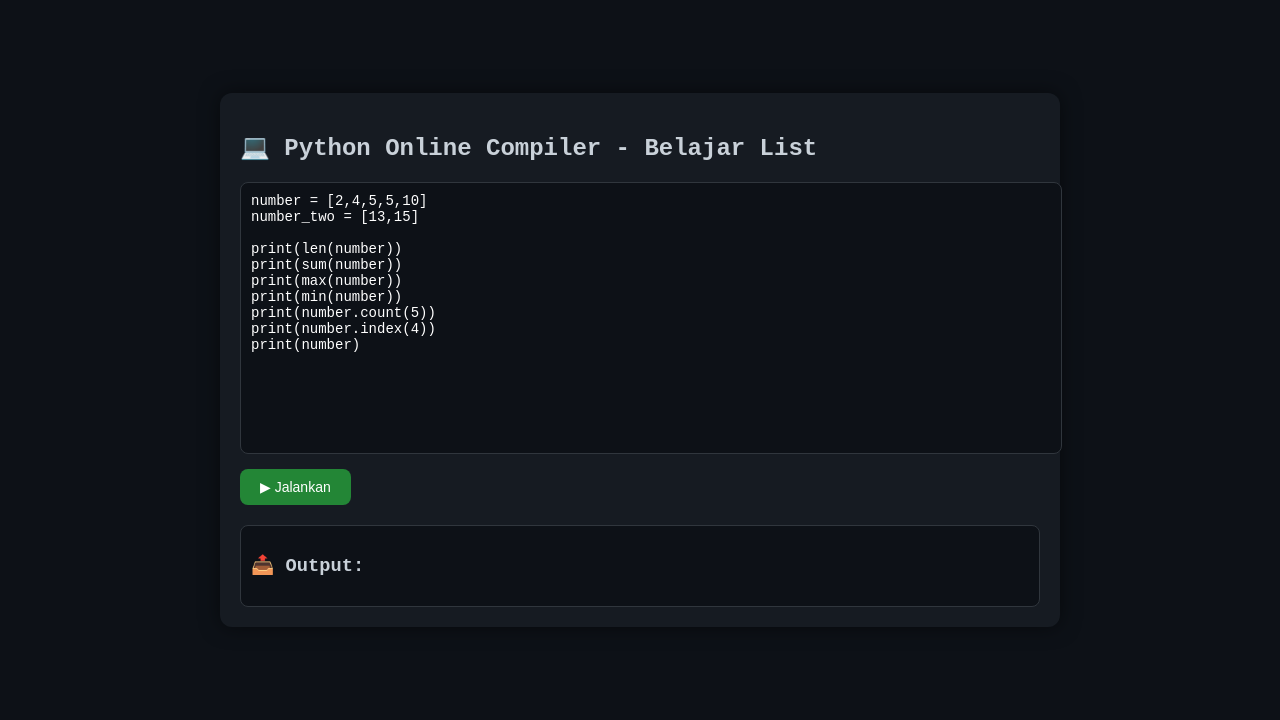
Repository: smkmutipugademak/Array
Page: index.html
The author's editor kept a copy of each file at every save. The page is drawn from the files as they stood at one save, then again after the next save.
The browser window is 1280 px wide. The pictures show the whole page.

Above is the page before, as saved 2025-11-11 04:26:29.

After the next save:
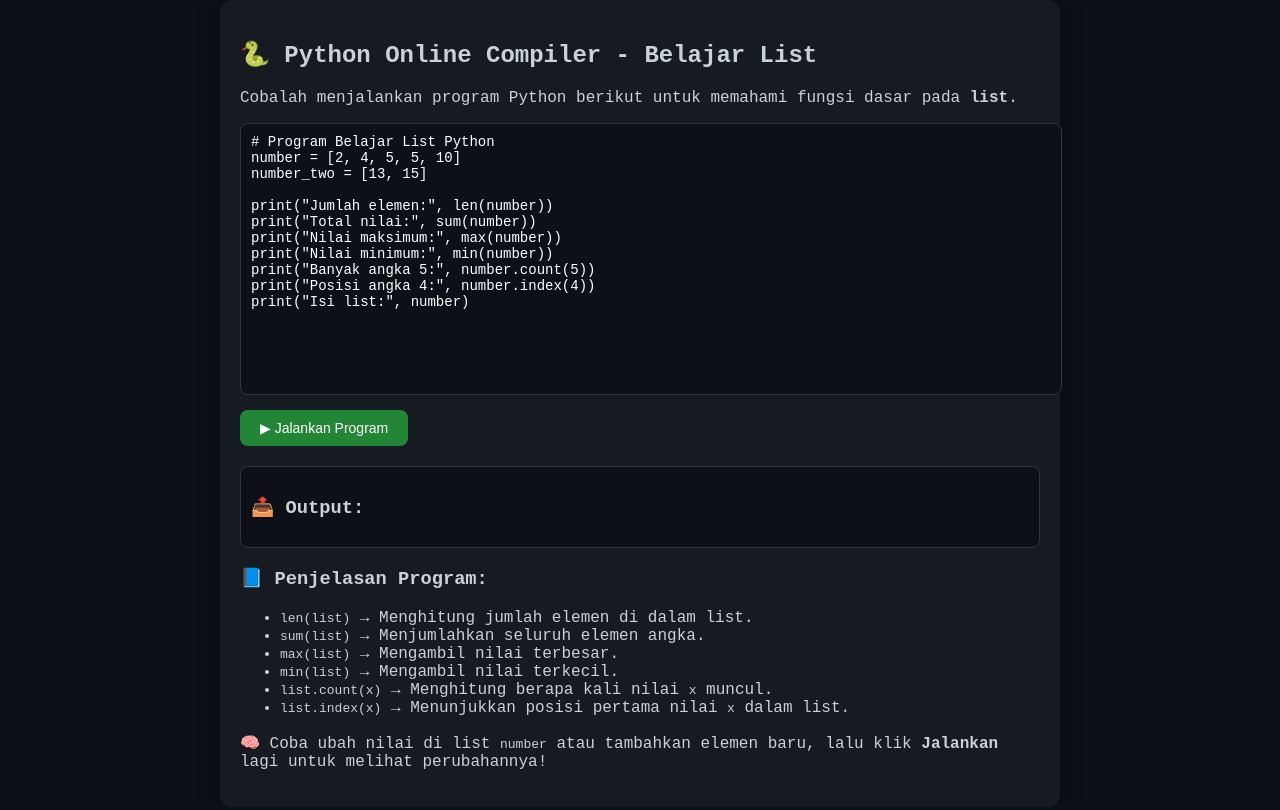
Saved 65 s later.
--- a/index.html
+++ b/index.html
@@ -2,36 +2,56 @@
 <html lang="id">
 
 <head>
-    <meta charset="UTF-8" />
-    <meta name="viewport" content="width=device-width, initial-scale=1.0" />
-    <title>Python Interactive Compiler</title>
-    <link rel="stylesheet" href="style.css" />
+    <meta charset="UTF-8">
+    <meta name="viewport" content="width=device-width, initial-scale=1.0">
+    <title>Python Belajar Interaktif</title>
+    <link rel="stylesheet" href="style.css">
 </head>
 
 <body>
     <div class="container">
-        <h2>💻 Python Online Compiler - Belajar List</h2>
+        <h2>🐍 Python Online Compiler - Belajar List</h2>
+        <p class="subtitle">
+            Cobalah menjalankan program Python berikut untuk memahami fungsi dasar pada <b>list</b>.
+        </p>
 
         <div class="editor-container">
             <textarea id="editor" spellcheck="false">
-number = [2,4,5,5,10]
-number_two = [13,15]
+# Program Belajar List Python
+number = [2, 4, 5, 5, 10]
+number_two = [13, 15]
 
-print(len(number))
-print(sum(number))
-print(max(number))
-print(min(number))
-print(number.count(5))
-print(number.index(4))
-print(number)
+print("Jumlah elemen:", len(number))
+print("Total nilai:", sum(number))
+print("Nilai maksimum:", max(number))
+print("Nilai minimum:", min(number))
+print("Banyak angka 5:", number.count(5))
+print("Posisi angka 4:", number.index(4))
+print("Isi list:", number)
       </textarea>
         </div>
 
-        <button id="runBtn">▶ Jalankan</button>
+        <button id="runBtn">▶ Jalankan Program</button>
 
         <div class="output-container">
             <h3>📤 Output:</h3>
             <pre id="output"></pre>
+        </div>
+
+        <div class="explanation">
+            <h3>📘 Penjelasan Program:</h3>
+            <ul>
+                <li><code>len(list)</code> → Menghitung jumlah elemen di dalam list.</li>
+                <li><code>sum(list)</code> → Menjumlahkan seluruh elemen angka.</li>
+                <li><code>max(list)</code> → Mengambil nilai terbesar.</li>
+                <li><code>min(list)</code> → Mengambil nilai terkecil.</li>
+                <li><code>list.count(x)</code> → Menghitung berapa kali nilai <code>x</code> muncul.</li>
+                <li><code>list.index(x)</code> → Menunjukkan posisi pertama nilai <code>x</code> dalam list.</li>
+            </ul>
+            <p>
+                🧠 Coba ubah nilai di list <code>number</code> atau tambahkan elemen baru, lalu klik <b>Jalankan</b>
+                lagi untuk melihat perubahannya!
+            </p>
         </div>
     </div>
 
